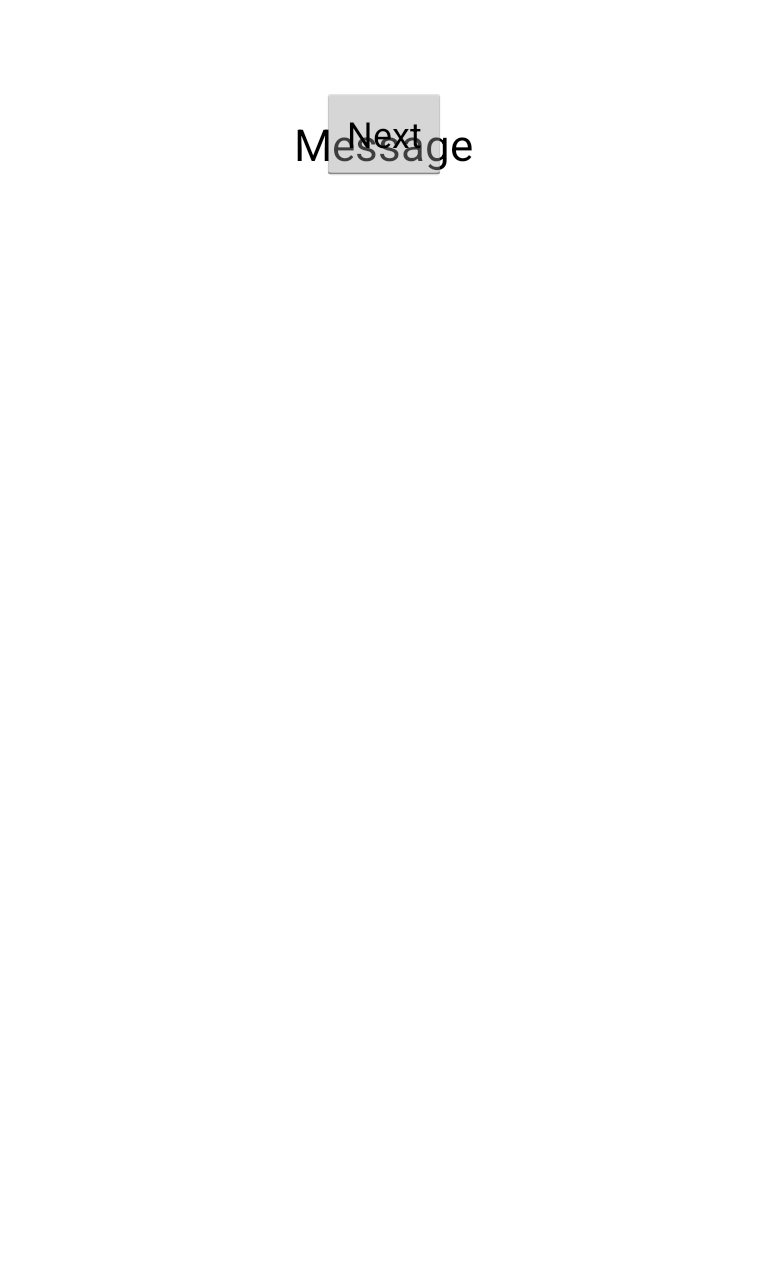
Repository: priyankaaj/practiced-apps
Layout: Intents/res/layout/activity_main.xml
The author's editor kept a copy of each file at every save. The layout is drawn from the files as they stood at one save, then again after the next save.
It is drawn on a 768 x 1280 px phone screen (xhdpi) without system bars, with theme AppTheme; the app's code is not run.

Above is the layout before, as saved 2015-10-01 14:12:46.

### Intents/res/layout/activity_main.xml
<RelativeLayout xmlns:android="http://schemas.android.com/apk/res/android"
    xmlns:tools="http://schemas.android.com/tools"
    android:layout_width="match_parent"
    android:layout_height="match_parent"
    android:paddingBottom="@dimen/activity_vertical_margin"
    android:paddingLeft="@dimen/activity_horizontal_margin"
    android:paddingRight="@dimen/activity_horizontal_margin"
    android:paddingTop="@dimen/activity_vertical_margin"
    tools:context=".MainActivity" >

    <TextView
        android:id="@+id/textViewmsg"
        android:layout_width="wrap_content"
        android:layout_height="wrap_content"
        android:layout_alignParentTop="true"
        android:layout_centerHorizontal="true"
        android:layout_marginTop="41dp"
        android:text="Message"
        android:textAppearance="?android:attr/textAppearanceLarge" />

    <Button
        android:id="@+id/buttonnextpage"
        android:layout_width="wrap_content"
        android:layout_height="wrap_content"
        android:layout_below="@+id/textView2"
        android:layout_centerHorizontal="true"
        android:layout_marginTop="27dp"
        android:text="Next" />

</RelativeLayout>

Loaded but not shown: Intents/res/values/styles.xml (common file); Intents/res/values-v11/styles.xml (common file); Intents/res/values-v14/styles.xml (common file); Intents/res/values/dimens.xml (common file)

After the next save:
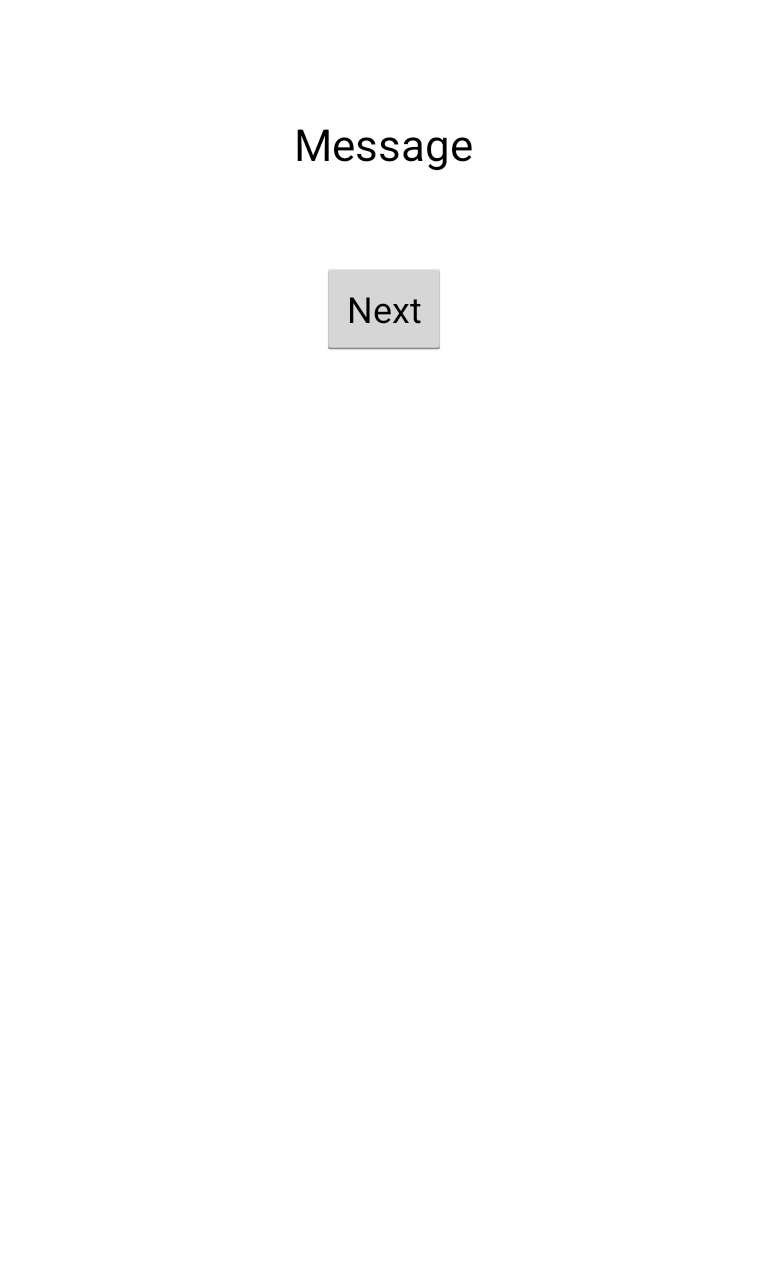
Saved 10 s later.
--- a/Intents/res/layout/activity_main.xml
+++ b/Intents/res/layout/activity_main.xml
@@ -22,9 +22,9 @@
         android:id="@+id/buttonnextpage"
         android:layout_width="wrap_content"
         android:layout_height="wrap_content"
-        android:layout_below="@+id/textView2"
+        android:layout_below="@+id/textViewmsg"
         android:layout_centerHorizontal="true"
-        android:layout_marginTop="27dp"
+        android:layout_marginTop="44dp"
         android:text="Next" />
 
 </RelativeLayout>
